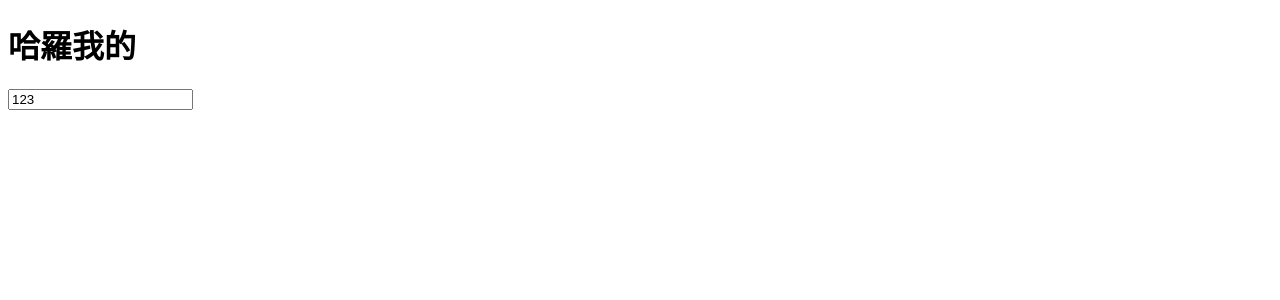
Repository: kenneth5831/testProj
Page: http://localhost/SSHTest/index/index.jsp
An editor plug-in stored every save of this project. The page is shown before and after the next save, followed by the edit.
The browser window is 1280 px wide. The pictures show the whole page.
The page is served by Tomcat 9. Nobody is signed in. The application's start-up code is not run.

Above is the page before, as saved 2014-12-05 07:16:50.

After the next save:
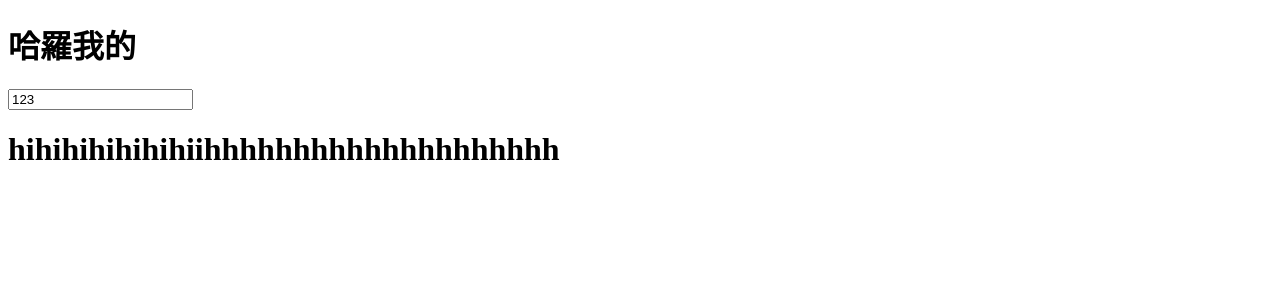
Saved 27 min 40 s later.
--- a/SSHTest/WebContent/index/index.jsp
+++ b/SSHTest/WebContent/index/index.jsp
@@ -9,5 +9,6 @@
 <body>
 	<H1>哈羅我的</H1>
 	<input type="text" id="" name="" value="123" />
+	<H1>hihihihihihihiihhhhhhhhhhhhhhhhhhhh</H1>
 </body>
 </html>
